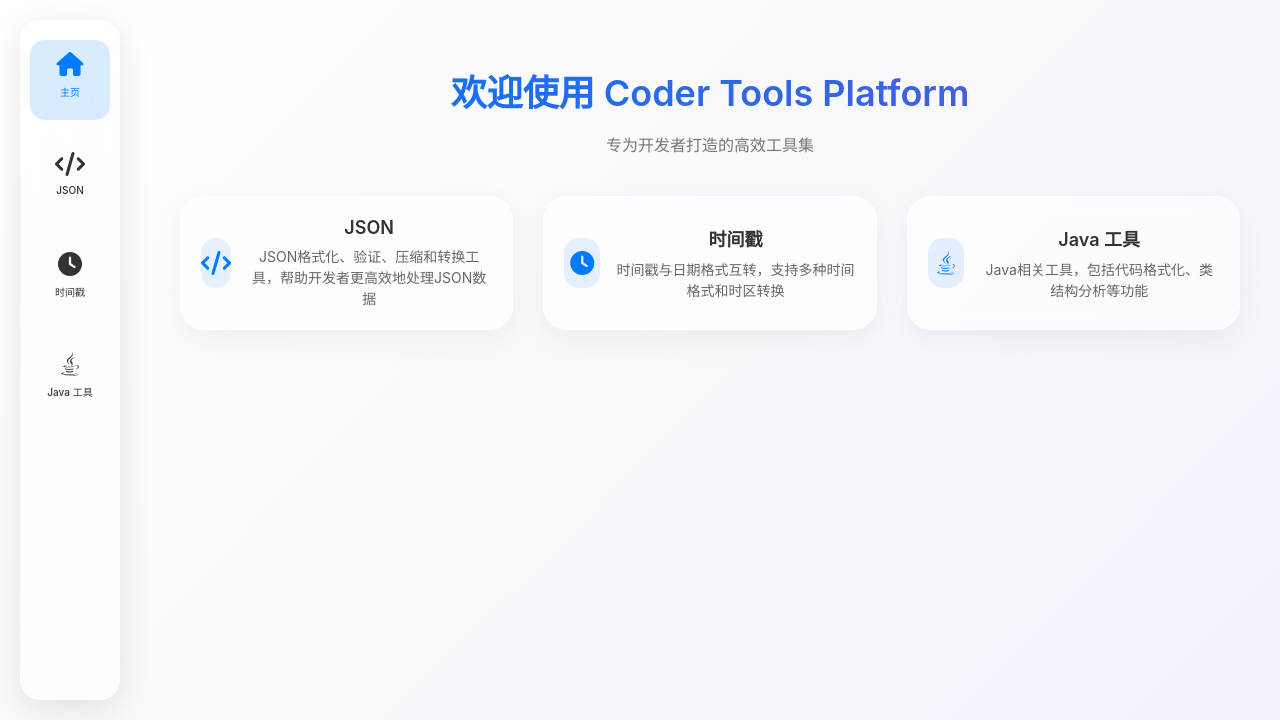
Repository: allennaur/coder-tools-platform
Page: /
The author's editor kept a copy of each file at every save. The page is drawn from the files as they stood at one save, then again after the next save.
The browser window is 1280 px wide. The pictures show the whole page.
The project was rebuilt for these pictures with package versions that can differ from the ones it lists, and the page was loaded fresh each time. Also part of the build but not shown: vue.config.js.

Above is the page before, as saved 2025-03-20 16:45:00.

### src/main.js
import { createApp } from 'vue'
import App from './App.vue'
import '@fortawesome/fontawesome-free/css/all.min.css'

createApp(App).mount('#app')

### src/App.vue
<template>
  <HelloWorld msg="Welcome to Your Vue.js App"/>
</template>

<script>
import HelloWorld from './components/HelloWorld.vue'

export default {
  name: 'App',
  components: {
    HelloWorld
  }
}
</script>

<style>
#app {
  font-family: Avenir, Helvetica, Arial, sans-serif;
  -webkit-font-smoothing: antialiased;
  -moz-osx-font-smoothing: grayscale;
  text-align: center;
  color: #2c3e50;
  margin: 0;
  height: 100vh;
  width: 100vw;
  overflow: hidden;
}

html, body {
  margin: 0;
  padding: 0;
  overflow: hidden;
  height: 100%;
}
</style>

### src/components/HelloWorld.vue
<template>
  <div class="visionos-container">
    <!-- 左侧工具栏 -->
    <div class="sidebar">
      <div class="menu-button"
           v-for="(menu, index) in menus"
           :key="index"
           :class="{ active: activeMenu === menu.id }"
           @click="switchMenu(menu.id)">
        <div class="menu-icon">
          <i :class="menu.icon"></i>
        </div>
        <div class="menu-label">{{ menu.label }}</div>
      </div>
    </div>

    <!-- 主体内容区域 -->
    <div class="content">
      <!-- 主页内容 -->
      <div v-if="activeMenu === 'home'" class="home-page">
        <h1>欢迎使用 Coder Tools Platform</h1>
        <p class="subtitle">专为开发者打造的高效工具集</p>

        <div class="cards-container">
          <div class="tool-card" v-for="(menu, index) in menus.filter(m => m.id !== 'home')" :key="index" @click="switchMenu(menu.id)">
            <div class="card-icon">
              <i :class="menu.icon"></i>
            </div>
            <div class="card-content">
              <h3>{{ menu.label }}</h3>
              <p>{{ menu.description }}</p>
            </div>
          </div>
        </div>
      </div>

      <!-- JSON工具内容 -->
      <div v-else-if="activeMenu === 'json'" class="feature-page">
        <h2>JSON 工具</h2>
        <p>JSON格式化、验证、压缩和转换工具</p>
        <!-- JSON工具具体实现 -->
      </div>

      <!-- 时间戳工具内容 -->
      <div v-else-if="activeMenu === 'timestamp'" class="feature-page">
        <h2>时间戳转换工具</h2>
        <p>在不同时间格式之间快速转换</p>
        <!-- 时间戳工具具体实现 -->
      </div>

      <!-- Java工具内容 -->
      <div v-else-if="activeMenu === 'java'" class="feature-page">
        <h2>Java 工具</h2>
        <p>Java相关的开发辅助工具</p>
        <!-- Java工具具体实现 -->
      </div>
    </div>
  </div>
</template>

<script>
export default {
  name: 'HelloWorld',
  props: {
    msg: String
  },
  data() {
    return {
      activeMenu: 'home',
      menus: [
        {
          id: 'home',
          label: '主页',
          icon: 'fas fa-home',
          description: '平台主页'
        },
        {
          id: 'json',
          label: 'JSON',
          icon: 'fas fa-code',
          description: 'JSON格式化、验证、压缩和转换工具，帮助开发者更高效地处理JSON数据'
        },
        {
          id: 'timestamp',
          label: '时间戳',
          icon: 'fas fa-clock',
          description: '时间戳与日期格式互转，支持多种时间格式和时区转换'
        },
        {
          id: 'java',
          label: 'Java 工具',
          icon: 'fab fa-java',
          description: 'Java相关工具，包括代码格式化、类结构分析等功能'
        }
      ]
    }
  },
  methods: {
    switchMenu(menuId) {
      this.activeMenu = menuId;
    }
  }
}
</script>

<style scoped>
/* VisionOS 风格的基础样式 */
.visionos-container {
  display: flex;
  min-height: 100vh;
  font-family: -apple-system, BlinkMacSystemFont, 'SF Pro', 'Helvetica Neue', sans-serif;
  color: #333;
  background: linear-gradient(135deg, rgba(255,255,255,0.95) 0%, rgba(240,240,250,0.9) 100%);
}

/* 侧边栏样式 */
.sidebar {
  width: 80px;
  padding: 20px 10px;
  margin: 20px;
  background: rgba(255, 255, 255, 0.6);
  border-radius: 20px;
  display: flex;
  flex-direction: column;
  align-items: center;
  gap: 20px;
  backdrop-filter: blur(20px);
  box-shadow: 0 8px 32px rgba(0, 0, 0, 0.1);
  transition: all 0.3s ease;
}

.menu-button {
  display: flex;
  flex-direction: column;
  align-items: center;
  width: 60px;
  height: 60px;
  border-radius: 15px;
  cursor: pointer;
  transition: all 0.2s ease;
  padding: 10px;
}

.menu-button:hover {
  background-color: rgba(255, 255, 255, 0.8);
  transform: scale(1.05);
}

.menu-button.active {
  background-color: rgba(0, 122, 255, 0.15);
  color: #007AFF;
}

.menu-icon {
  font-size: 24px;
  margin-bottom: 5px;
}

.menu-label {
  font-size: 10px;
  font-weight: 500;
}

/* 主要内容区域 */
.content {
  flex: 1;
  padding: 40px;
  overflow-y: auto;
}

/* 主页样式 */
.home-page h1 {
  font-size: 36px;
  font-weight: 600;
  margin-bottom: 10px;
  background: linear-gradient(135deg, #007AFF 0%, #5856D6 100%);
  -webkit-background-clip: text;
  background-clip: text;
  -webkit-text-fill-color: transparent;
}

.subtitle {
  color: #777;
  margin-bottom: 40px;
}

/* 卡片样式 */
.cards-container {
  display: grid;
  grid-template-columns: repeat(auto-fill, minmax(280px, 1fr));
  gap: 30px;
}

.tool-card {
  background: rgba(255, 255, 255, 0.7);
  border-radius: 24px;
  padding: 20px;
  box-shadow: 0 10px 30px rgba(0, 0, 0, 0.05);
  transition: all 0.3s ease;
  cursor: pointer;
  overflow: hidden;
  display: flex;
  align-items: center;
  backdrop-filter: blur(10px);
  border: 1px solid rgba(255, 255, 255, 0.5);
}

.tool-card:hover {
  transform: translateY(-5px);
  box-shadow: 0 15px 35px rgba(0, 0, 0, 0.1);
  background: rgba(255, 255, 255, 0.9);
}

.card-icon {
  font-size: 24px;
  width: 50px;
  height: 50px;
  display: flex;
  align-items: center;
  justify-content: center;
  margin-right: 15px;
  border-radius: 15px;
  background: rgba(0, 122, 255, 0.1);
  color: #007AFF;
}

.card-content h3 {
  font-size: 18px;
  margin: 0 0 8px 0;
  font-weight: 600;
}

.card-content p {
  margin: 0;
  font-size: 14px;
  color: #666;
  line-height: 1.5;
}

/* 功能页面样式 */
.feature-page h2 {
  font-size: 28px;
  margin-bottom: 10px;
  color: #333;
}

.feature-page p {
  color: #666;
  margin-bottom: 30px;
}
</style>

Loaded but not shown: public/index.html (common file)

After the next save:
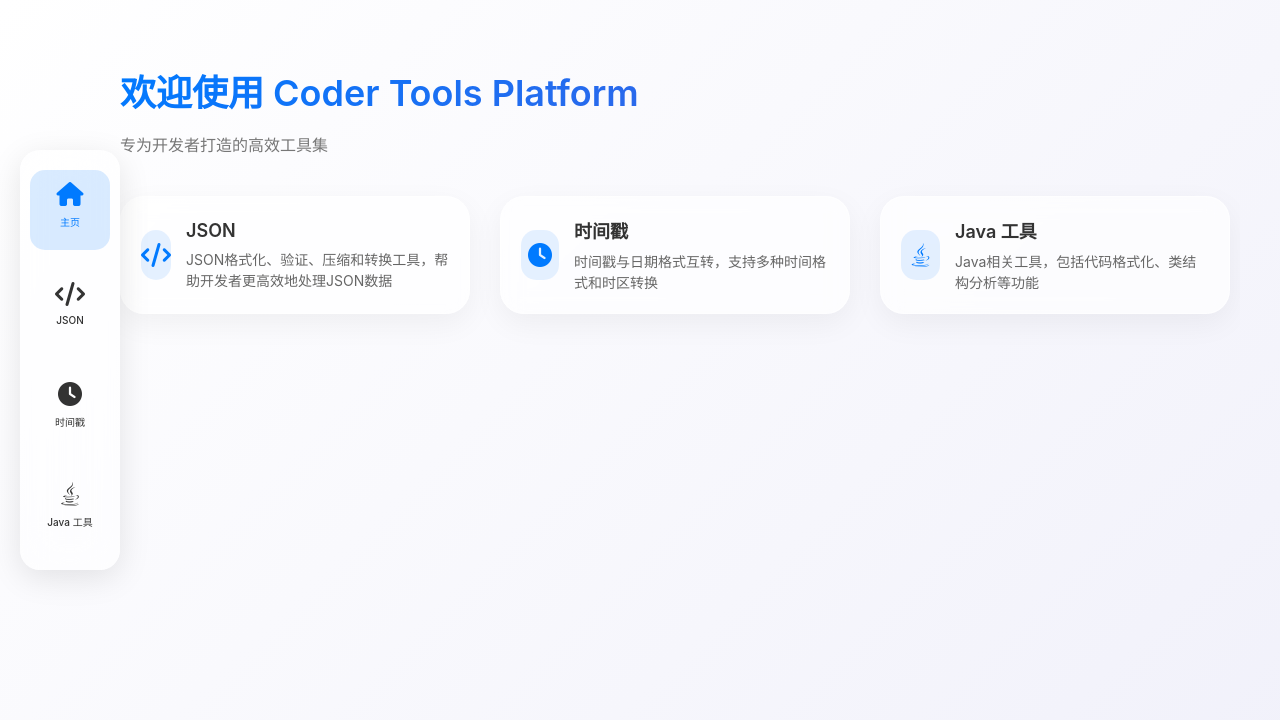
Saved 73 s later.
--- a/src/components/HelloWorld.vue
+++ b/src/components/HelloWorld.vue
@@ -107,17 +107,22 @@ export default {
 /* VisionOS 风格的基础样式 */
 .visionos-container {
   display: flex;
-  min-height: 100vh;
+  height: 100vh;
+  width: 100vw;
   font-family: -apple-system, BlinkMacSystemFont, 'SF Pro', 'Helvetica Neue', sans-serif;
   color: #333;
   background: linear-gradient(135deg, rgba(255,255,255,0.95) 0%, rgba(240,240,250,0.9) 100%);
+  position: relative;
 }
 
 /* 侧边栏样式 */
 .sidebar {
+  position: fixed;
+  left: 20px;
+  top: 50%;
+  transform: translateY(-50%);
   width: 80px;
   padding: 20px 10px;
-  margin: 20px;
   background: rgba(255, 255, 255, 0.6);
   border-radius: 20px;
   display: flex;
@@ -127,6 +132,7 @@ export default {
   backdrop-filter: blur(20px);
   box-shadow: 0 8px 32px rgba(0, 0, 0, 0.1);
   transition: all 0.3s ease;
+  z-index: 100;
 }
 
 .menu-button {
@@ -164,11 +170,20 @@ export default {
 /* 主要内容区域 */
 .content {
   flex: 1;
-  padding: 40px;
+  padding: 40px 40px 40px 120px; /* 左侧增加空间以适应固定菜单栏 */
+  overflow: hidden;
+  height: 100%;
+  box-sizing: border-box;
+  text-align: left;
+}
+
+/* 主页样式 */
+.home-page {
+  height: 100%;
   overflow-y: auto;
-}
-
-/* 主页样式 */
+  padding-right: 10px;
+}
+
 .home-page h1 {
   font-size: 36px;
   font-weight: 600;
@@ -238,6 +253,12 @@ export default {
 }
 
 /* 功能页面样式 */
+.feature-page {
+  height: 100%;
+  overflow-y: auto;
+  padding-right: 10px;
+}
+
 .feature-page h2 {
   font-size: 28px;
   margin-bottom: 10px;
